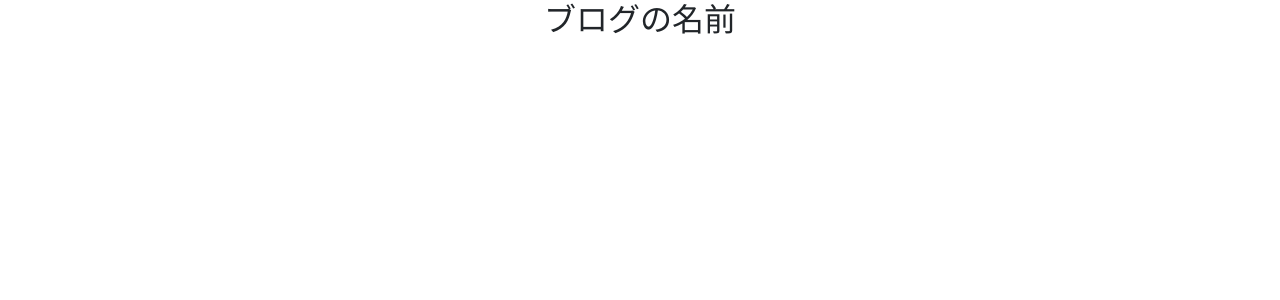
Repository: niimurank/lev-blog
Page: http://localhost/posts
The author's editor kept a record of every edit. The page is drawn from the files as they stood at one moment, then again after the next edit.
The browser window is 1280 px wide. The pictures show the whole page.
The page is served by the project's Laravel application, run on PHP 8.4 with Laravel 9. Queries for data that is not in the repository find no rows.

Above is the page before.

After the next edit:
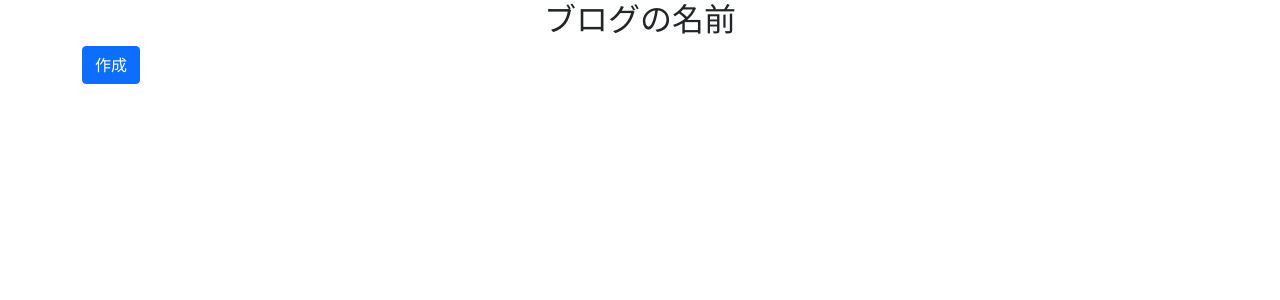
The edit:
--- a/blog/resources/views/posts/index.blade.php
+++ b/blog/resources/views/posts/index.blade.php
@@ -24,6 +24,9 @@
 	        </div>
 	    </div>
 	    @endforeach
+	    <a href=' {{ route('posts.create') }}'>
+	    	<button type="button" class="btn btn-primary">作成</button>
+	    </a>
 	    <div class="paginate">
 	    	{{ $posts->links() }}
 	    </div>
